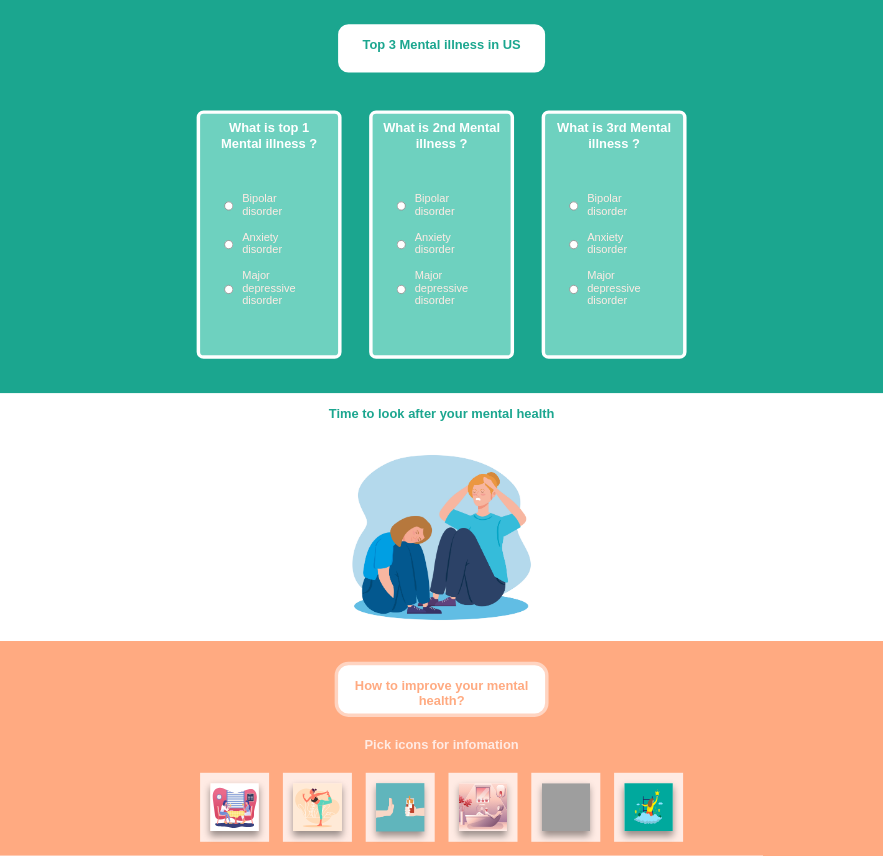
Repository: zzs1/2109-Dynamic-Content-Project
Page: index.html
An editor plug-in stored every save of this project. The page is shown before and after a run of saves, followed by the edit.
The browser window is 1280 px wide. The pictures show the whole page, at 69% of full size.
Pictures or frames that could not be fetched are drawn as grey boxes. Some web fonts or font styles are not loaded; a fallback is used.

Above is the page before, as saved 2021-03-08 20:15:04.

After the next 2 saves:
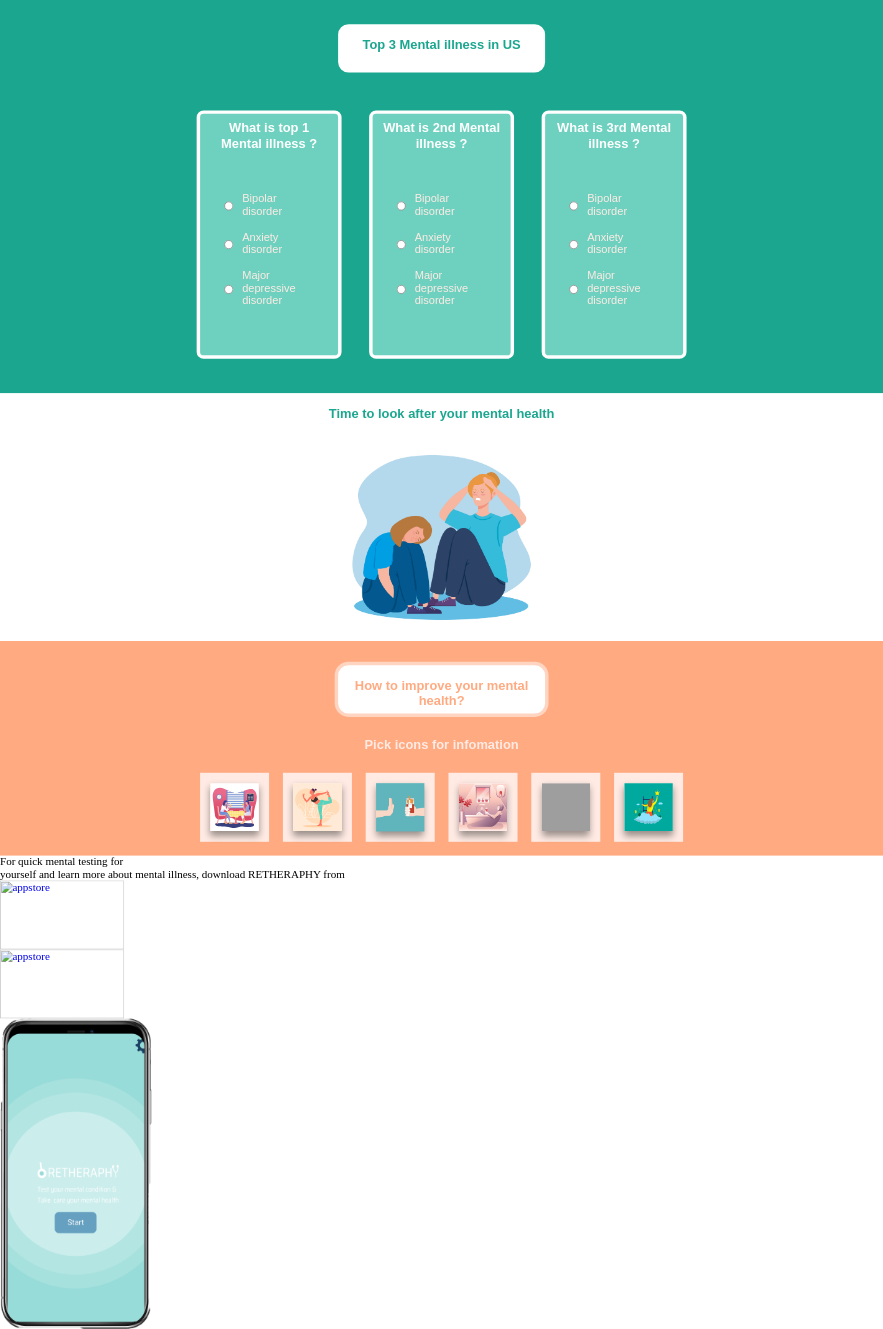
Not found: pic/apple.png
Not found: pic/google.png
The 2 saves are shown as one change because they came seconds apart.
The last was saved 3 min 9 s later.
--- a/index.html
+++ b/index.html
@@ -51,6 +51,16 @@
     <!--DONT TOUCH!! Chisaki part ends-->
 
     <!--For Joyce, next part write from here as long as it is main content. If it is footer, please place the code underneath </div> with <footer>-->
+      <div  id="bottom">
+        <div id="right">
+            <div id="content">
+            For quick mental testing for <br>yourself and learn more about mental illness, download RETHERAPHY from  </div>
+            <div id="logo"><a href="https://play.google.com/store"><img  src=pic/google.png alt="appstore" width=180 height=100></img></a><br>
+                <a href="https://www.apple.com/ca/app-store/"><img  src=pic/apple.png alt="appstore"  width=180 height=100></img></a>
+            </div>
+        </div>
+      <div id="showcase"><img  src="pic/phone.png" alt="apps phone" width="220" height="450"> </div>
+    </div>
 
   </div>
 
